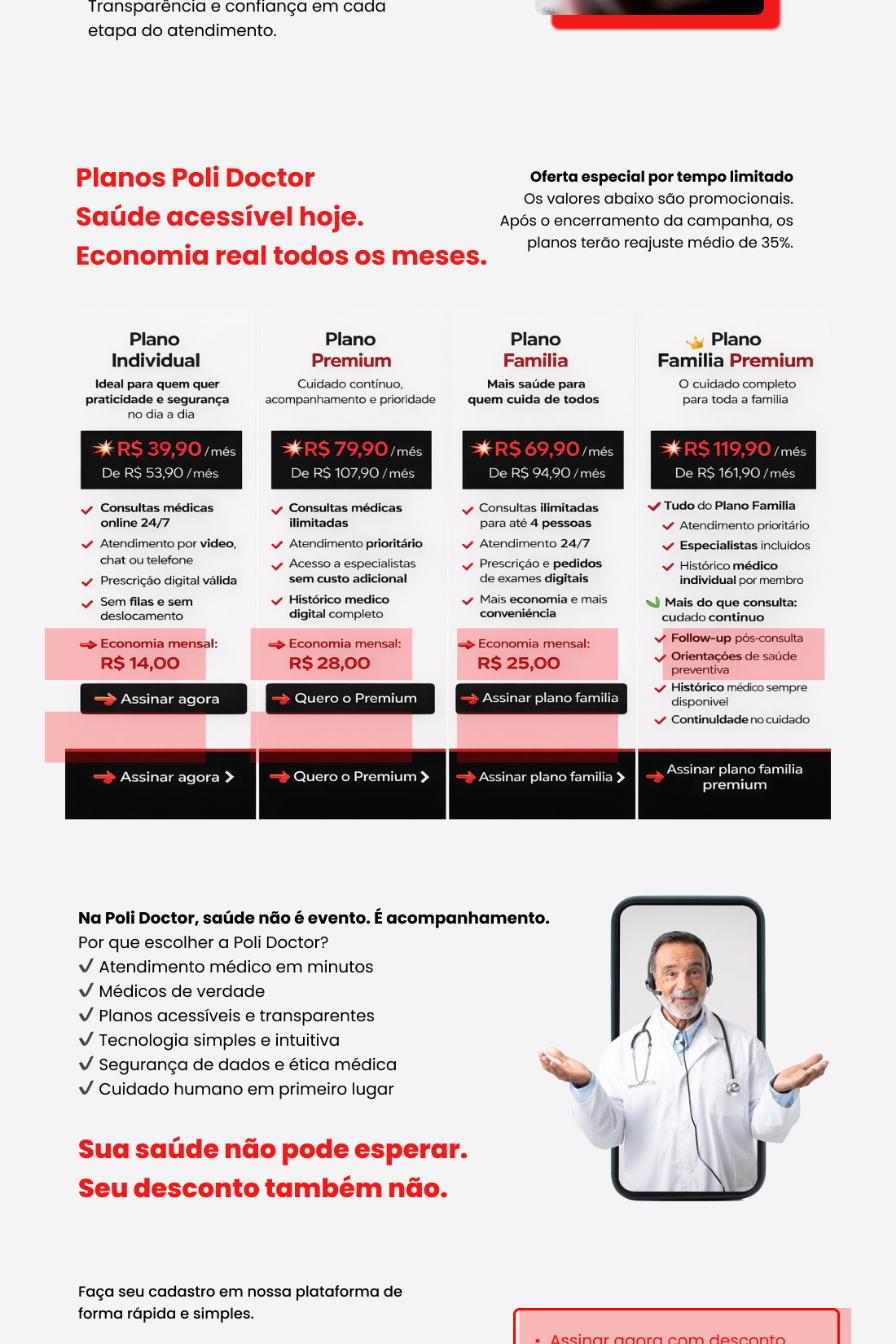
Repository: RenSkywalker/poli-doctor-landing
Page: index.html
The author's editor kept a copy of each file at every save. The page is drawn from the files as they stood at one save, then again after the next save.
The browser window is 1280 px wide. The pictures show the part of the page from y = 2591 to 4511 px (the page is 5128 px tall), at 70% of full size.

Above is the page before, as saved 2026-01-27 18:19:51.

### index.html
<!DOCTYPE html>
<html lang="pt-BR">
<head>
  <meta charset="UTF-8">
  <title>Poli Doctor | Consulta médica de verdade</title>
  <meta name="viewport" content="width=device-width, initial-scale=1.0">
  <meta name="description" content="Consulta médica de verdade. Sem filas. Sem burocracia. Atendimento humano, rápido e seguro.">

  <link rel="icon" href="favicon.ico">
  <link rel="stylesheet" href="css/style.css">
</head>

<body>

<!-- HERO -->
<header class="hero">
  <div class="container hero-wrapper">

    <img
      src="assets/images/blocos/hero.jpeg"
      alt="Consultas médicas 24h por dia sem sair de casa"
      class="img-bloco"
    />

    <a href="#planos" class="hero-btn-link" aria-label="Contratar agora"></a>

  </div>
</header>

<!-- HEADLINE -->
<section>
  <div class="container">
    <img
      src="assets/images/blocos/headline.jpeg"
      alt="Consulta médica de verdade sem filas e sem burocracia"
      class="img-bloco"
    />
  </div>
</section>

<!-- BLOCO INTRO -->
<section>
  <div class="container">
    <img
      src="assets/images/blocos/intro-box.jpeg"
      alt="Fale com um médico qualificado em minutos"
      class="img-bloco"
    />
  </div>
</section>

<!-- POR QUE EXISTE -->
<section>
  <div class="container">
    <img
      src="assets/images/blocos/porque-existe.jpeg"
      alt="Por que a Poli Doctor existe"
      class="img-bloco"
    />
  </div>
</section>

<section>
  <div class="container">
    <img
      src="assets/images/blocos/porque-texto.jpeg"
      alt="A Poli Doctor nasceu para simplificar o acesso à saúde"
      class="img-bloco"
    />
  </div>
</section>

<!-- COMO FUNCIONA -->
<section id="como-funciona">
  <div class="container">
    <img
      src="assets/images/blocos/como-funciona.jpeg"
      alt="Como funciona a Poli Doctor"
      class="img-bloco"
    />
  </div>
</section>

<!-- SEGURANÇA -->
<section class="seguranca">
  <div class="container">
    <img
      src="assets/images/blocos/seguranca.jpeg"
      alt="Segurança, privacidade e LGPD"
      class="img-bloco"
    />
  </div>
</section>

<!-- CONTEXTO COM IMAGEM -->
<section class="imagem-contexto">
  <div class="container imagem-contexto-grid">
    <img
      src="assets/images/blocos/contexto.jpeg"
      alt="Saúde moderna simples e acessível"
      class="img-bloco"
    />
  </div>
</section>

<!-- PLANOS -->
<section id="planos" class="planos">
  <div class="container planos-wrapper">

    <img
      src="assets/images/blocos/planos-header.jpeg"
      alt="Planos Poli Doctor"
      class="img-bloco"
    />

    <!-- BOTÕES PRINCIPAIS -->
    <a href="#individual" class="plano-link plano-5" aria-label="Assinar Individual"></a>
    <a href="#premium" class="plano-link plano-6" aria-label="Assinar Premium"></a>
    <a href="#familia" class="plano-link plano-7" aria-label="Assinar Família"></a>

    <!-- BOTÕES INFERIORES -->
    <a href="#individual" class="plano-link plano-1" aria-label="Plano Individual"></a>
    <a href="#premium" class="plano-link plano-2" aria-label="Plano Premium"></a>
    <a href="#familia" class="plano-link plano-3" aria-label="Plano Família"></a>
    <a href="#familia-premium" class="plano-link plano-4" aria-label="Plano Família Premium"></a>

  </div>
</section>

<!-- CTA FINAL -->
<section class="cta-final">
  <div class="container">
    <img
      src="assets/images/blocos/cta-final.jpeg"
      alt="Sua saúde não pode esperar seu desconto também não"
      class="img-bloco"
    />
  </div>
</section>

<section class="cta-final">
  <div class="container cta2-wrapper">
    <img
      src="assets/images/blocos/cta-final2.jpeg"
      alt="Sua saúde não pode esperar seu desconto também não (2)"
      class="img-bloco"
    />

    <a href="#planos" class="cta-btn-link" aria-label="Contratar agora"></a>

  </div>
</section>

<!-- FOOTER -->
<footer>
  <img src="assets/images/logo-principal.png" alt="Poli Doctor" class="logo-footer">

  <p>
    © 2026 Poli Doctor. Todos os direitos reservados.
    Desenvolvido por
    <a href="https://renancursi79.wixsite.com/infinitx" target="_blank">Infinitx</a>
  </p>

  <a href="politica-de-privacidade.html">Política de Privacidade</a> |
  <a href="termos-de-uso.html">Termos de Uso</a>

  <small>Este serviço não substitui atendimento presencial em casos de emergência.</small>
</footer>

<script src="js/main.js"></script>
</body>
</html>

### css/style.css
html {
  scroll-behavior: smooth;
}

:root {
  --vermelho: #ff1a1a;
  --preto: #0f0f0f;
  --cinza-escuro: #1c1c1c;
  --cinza-claro: #fafafa;
  --branco: #ffffff;
}

/* RESET */
* {
  margin: 0;
  padding: 0;
  box-sizing: border-box;
  font-family: Arial, Helvetica, sans-serif;
}

body {
  background: var(--branco);
  color: var(--preto);
  line-height: 1.7;
  position: relative;
}

/* MARCA D'ÁGUA */
/*
body::before {
  content: "";
  position: fixed;
  inset: 0;
  background: url("../assets/images/marca-dagua.png") no-repeat center;
  background-size: 600px;
  opacity: 0.03;
  pointer-events: none;
}
*/

/* CONTAINER */
.container {
  max-width: none;
  padding: 0;
}

/* ================= HERO =================
.hero {
  background: var(--preto);
  color: var(--branco);
  text-align: center;
  position: relative;
}

.logo-topo {
  max-width: 240px;
  margin-bottom: 35px;
}

.hero h1 {
  font-size: 2.7rem;
  margin-bottom: 20px;
}

.hero p {
  max-width: 820px;
  margin: 0 auto 20px;
  font-size: 1.1rem;
  line-height: 1.8;
}
  */

/* BOTÕES */
.hero-buttons {
  display: flex;
  justify-content: center;
  gap: 18px;
  margin-top: 35px;
}

.btn {
  padding: 15px 30px;
  border-radius: 8px;
  font-weight: bold;
  text-decoration: none;
  transition: 0.3s;
  margin-top: 20px;
}

.primary {
  background: var(--vermelho);
  color: var(--branco);
}

.primary:hover {
  transform: translateY(-2px);
  opacity: 0.9;
}

.outline {
  border: 2px solid var(--branco);
  color: var(--branco);
}


.imagem-grid {
  display: grid;
  grid-template-columns: repeat(auto-fit, minmax(280px, 1fr));
  gap: 30px;
  align-items: center;
}

.imagem-grid img {
  border-radius: 14px;
  box-shadow: 0 15px 40px rgba(0,0,0,0.1);
  width: 100%;
  max-height: 360px;
  object-fit: cover;
}

.img-medico {
  width: 60%;
  justify-self: center;
}

.img-telemedicina {
  width: 100%;
  justify-self: center;
}

/* ================= SEÇÕES GERAIS ================= */
section p {
  max-width: 850px;
  margin: 0 auto 12px;
  font-size: 1.25rem;
  color: #222;
  text-align: center;
  font-weight: 400;
}

.text-destaque {
  font-size: 1.15rem;
  font-weight: bold;
  margin: 30px 0;
  text-align: center;
}

/* TÍTULOS */
h2 {
  text-align: center;
  margin-bottom: 25px;
  font-size: 2.1rem;
}

h3 {
  margin-bottom: 10px;
}

/* ================= BENEFÍCIOS =================
.beneficios {
  background: #ffffff;
  border-top: 1px solid #ffffff;
  border-bottom: 1px solid #ffffff;
}

.beneficios ul {
  list-style: none;
  text-align: center;
}

.beneficios li {
  margin-bottom: 10px;
  font-weight: 500;
}
  */

/* ================= LISTAS ================= */
ul {
  margin: 25px 0;
  padding: 0;
}

li {
  margin-bottom: 8px;
}

/* ================= COMO FUNCIONA ================= */
.steps {
  display: flex;
  justify-content: space-around;
  gap: 30px;
}

.step {
  text-align: center;
}

.step span {
  background: var(--vermelho);
  color: var(--branco);
  width: 45px;
  height: 45px;
  display: inline-flex;
  align-items: center;
  justify-content: center;
  border-radius: 50%;
  margin-bottom: 10px;
  font-weight: bold;
}

/* ================= SEGURANÇA =================
.seguranca ul {
  list-style: none;
  text-align: center;
}

.seguranca li {
  margin-bottom: 10px;
}

.imagem-contexto {
  background: #ffffff;
  border-top: 1px solid #ffffff;
  border-bottom: 1px solid #ffffff;
}

.imagem-contexto-grid {
  display: grid;
  grid-template-columns: 1fr 1fr;
  gap: 40px;
  align-items: center;
}

.imagem-contexto img {
  width: 100%;
  border-radius: 14px;
  box-shadow: 0 15px 40px rgba(0,0,0,0.12);
}
  */

/* ================= PLANOS ================= */
.plano {
  border: 2px solid var(--vermelho);
  border-radius: 14px;
  padding: 40px 30px;
  text-align: center;
  background: var(--branco);
  margin: 40px 0;
  transition: 0.3s;
}

.plano:hover {
  transform: translateY(-4px);
}

.plano.destaque {
  border: 2px solid var(--vermelho);
}

.preco {
  font-size: 1.7rem;
  color: var(--vermelho);
  margin: 20px 0;
}

.preco-antigo {
  display: block;
  font-size: 1rem;
  color: #999;
  text-decoration: line-through;
  margin-top: 5px;
}

.plano ul {
  list-style: none;
  margin-bottom: 20px;
}

.plano .btn {
  width: 100%;
  margin-top: 30px;
}

.plano p {
  margin-bottom: 18px;
}


/* ================= TABELA ================= */
table {
  width: 100%;
  border-collapse: collapse;
  margin-top: 35px;
  font-size: 0.95rem;
}

table th {
  background: var(--preto);
  color: var(--branco);
  padding: 14px;
}

table td {
  padding: 14px;
  text-align: center;
  border-bottom: 1px solid #eee;
}

table tr:nth-child(even) {
  background: #fafafa;
}

table tr:hover {
  background: #f1f1f1;
}

/* ================= CTA FINAL =================
.cta-final {
  background: var(--preto);
  color: var(--branco);
  text-align: center;
}

.cta-final p {
  margin-top: 20px;
  font-size: 1.05rem;
}

.large {
  font-size: 1.2rem;
}
  */

/* ================= FOOTER ================= */
footer {
  background: url("../assets/images/blocos/footer-bg.jpeg") center / cover no-repeat;
  color: var(--branco);
  text-align: center;
  padding: 50px 20px;
}

.logo-footer {
  max-width: 160px;
  margin-bottom: 15px;
}

footer a {
  color: var(--branco);
  margin: 0 5px;
  text-decoration: none;
}

footer small {
  display: block;
  margin-top: 12px;
  font-size: 0.85rem;
}

.tabela-wrapper {
  width: 100%;
  overflow-x: auto;
  -webkit-overflow-scrolling: touch;
  margin-top: 30px;
}

.tabela-wrapper table {
  min-width: 600px;
}

/* ================= IMAGENS DE BLOCO ================= */
.img-bloco {
  width: 100vw;
  height: auto;
  display: block;
}

.hero-wrapper {
  position: relative;
}

.hero-btn-link {
  position: absolute;
  /* ajuste fino aqui */
  left: 51%;
  top: 79%;
  width: 25%;
  height: 15%;
  cursor: pointer;
}

.cta2-wrapper {
  position: relative;
}

.cta-btn-link {
  position: absolute;
  background: rgba(255, 0, 0, 0.25);
  /* ajuste fino aqui */
  left: 58%;
  top: 15%;
  width: 37%;
  height: 36%;
  cursor: pointer;
}

/* ================= PLANOS - BOTÕES INVISÍVEIS ================= */

.planos-wrapper {
  position: relative;
}

.plano-link {
  position: absolute;
  cursor: pointer;
  background: rgba(255, 0, 0, 0.25);
}

/* 🔴 LINHA SUPERIOR (4 planos) */
.plano-1 {
  left: 5%;
  top: 62%;
  width: 18%;
  height: 10%;
}

.plano-2 {
  left: 28%;
  top: 62%;
  width: 18%;
  height: 10%;
}

.plano-3 {
  left: 51%;
  top: 62%;
  width: 18%;
  height: 10%;
}

.plano-4 {
  left: 74%;
  top: 62%;
  width: 18%;
  height: 10%;
}

/* 🔴 LINHA INFERIOR (CTAs) */
.plano-5 {
  left: 5%;
  top: 78%;
  width: 18%;
  height: 10%;
}

.plano-6 {
  left: 28%;
  top: 78%;
  width: 18%;
  height: 10%;
}

.plano-7 {
  left: 51%;
  top: 78%;
  width: 18%;
  height: 10%;
}

/* ================= MOBILE ================= */
@media (max-width: 768px) {
  .steps {
    flex-direction: column;
  }

  .hero h1 {
    font-size: 2rem;
  }

  .hero-buttons {
    flex-direction: column;
  }

  .imagem-contexto-grid {
    grid-template-columns: 1fr;
    text-align: center;
  }
}

### js/main.js
// JS simples apenas para evolução futura
console.log("Poli Doctor carregado com sucesso!");

After the next save:
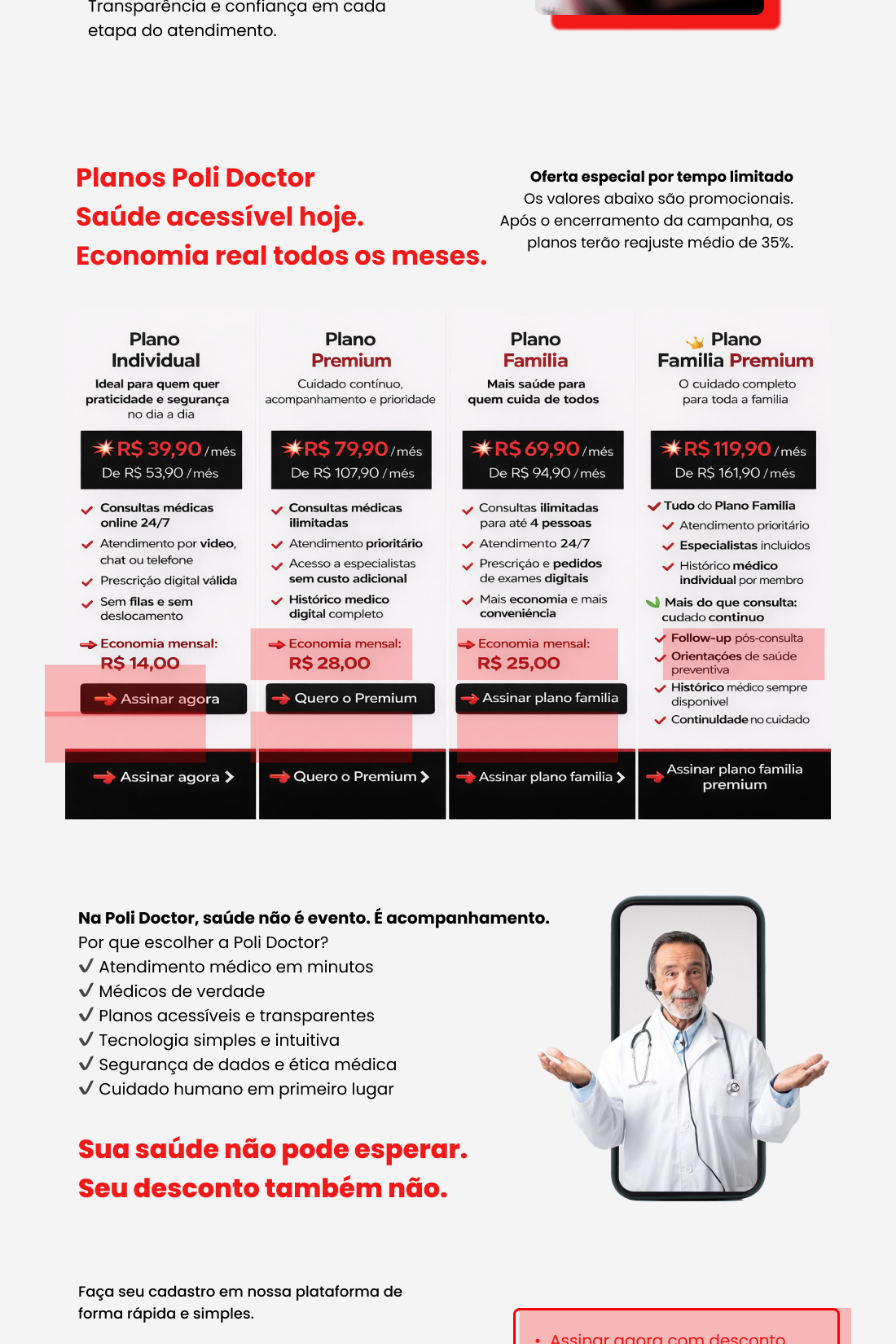
Saved 59 s later.
--- a/css/style.css
+++ b/css/style.css
@@ -418,7 +418,7 @@
 /* 🔴 LINHA SUPERIOR (4 planos) */
 .plano-1 {
   left: 5%;
-  top: 62%;
+  top: 69%;
   width: 18%;
   height: 10%;
 }
